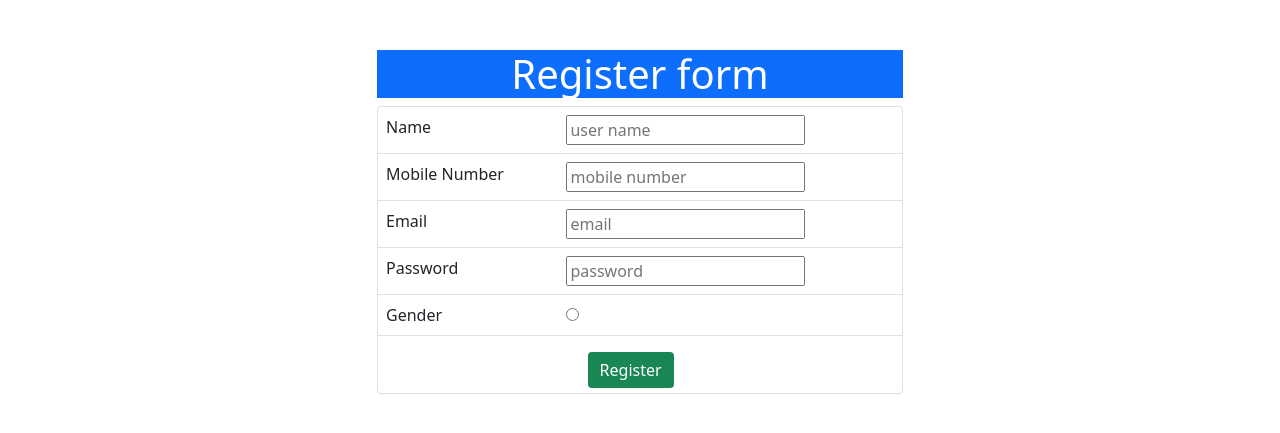
Repository: Hari-mani-don/JavaDynamicProjectWorkspace
Page: AddUpdateDelete/src/main/webapp/registerForm.html
An editor plug-in stored every save of this project. The page is shown before and after the next save, followed by the edit.
The browser window is 1280 px wide. The pictures show the whole page.

Above is the page before, as saved 2024-05-11 19:08:35.

### AddUpdateDelete/src/main/webapp/registerForm.html
<!DOCTYPE html>
<html>
<head>
<meta charset="UTF-8">
<title>Registration Form</title>
<link rel="stylesheet" href="css/bootstrap.css" />
</head>
<body>
	<div class="container" style="width: 550px; margin-top: 50px">

		<h1 class="text-white bg-primary" style="text-align: center;">Register
			form</h1>
		<form action="RegisrationServlet" class="form card " method="post">

			<table class="table">
				<tr>
					<td>Name</td>
					<td><input type="text" id="uname" name="registerName"
						placeholder="user name"></td>
				</tr>
				<tr>
					<td>Mobile Number</td>
					<td><input type="number" id="mobilenumber"
						name="registerMobileNumber" placeholder="mobile number"></td>
				</tr>
				<tr>
					<td>Email</td>
					<td><input type="email" id="email" name="registerEmail"
						placeholder="email"></td>
				</tr>
				<tr>
					<td>Password</td>
					<td><input type="password" id="password"
						name="registerPassword" placeholder="password"></td>
				</tr>
				<tr>
					<td>Gender</td>
					<td><input type="radio" id="gender" name="registerGender"></td>
				</tr>

			</table>
			<div>
				<button class="bg-success text-white btn"
					style="border: none; margin-left: 40%; margin-bottom: 5px"
					type="submit">Register</button>
			</div>
		</form>
	</div>
</body>
</html>

Loaded but not shown: AddUpdateDelete/src/main/webapp/css/bootstrap.css (library)

After the next save:
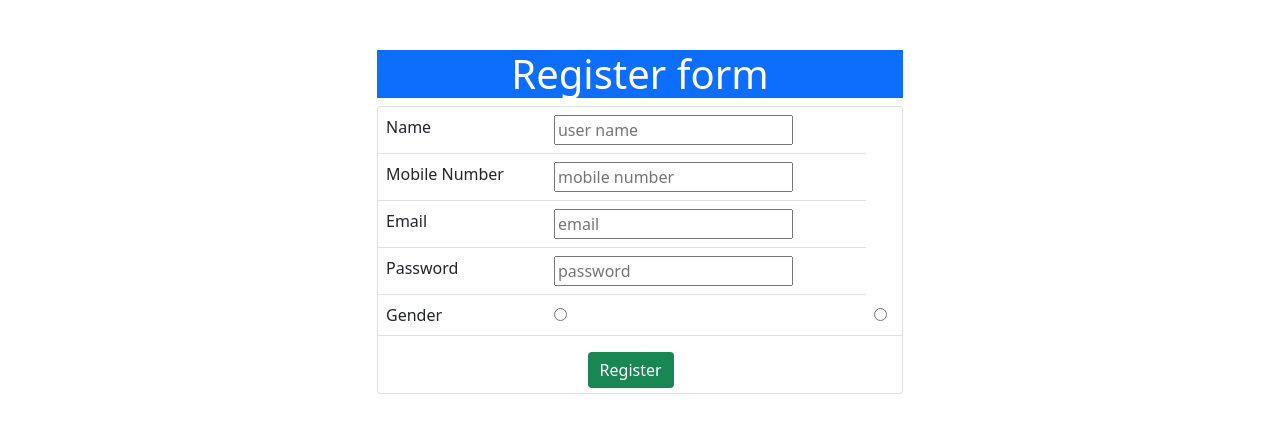
Saved 5 s later.
--- a/AddUpdateDelete/src/main/webapp/registerForm.html
+++ b/AddUpdateDelete/src/main/webapp/registerForm.html
@@ -36,6 +36,7 @@
 				<tr>
 					<td>Gender</td>
 					<td><input type="radio" id="gender" name="registerGender"></td>
+					<td><input type="radio" id="gender" name="registerGender"></td>
 				</tr>
 
 			</table>
